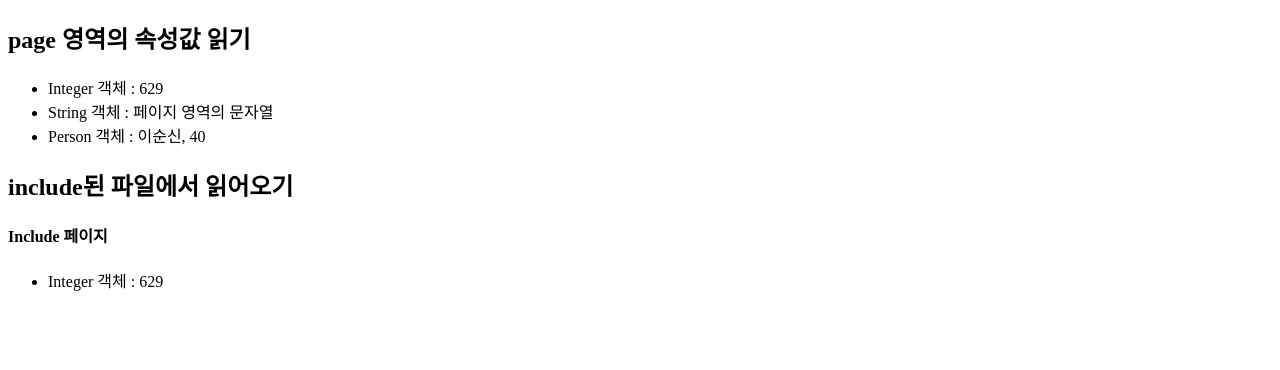
Repository: chanhee0506/spring
Page: http://localhost/ScopeWeb/pageContext/pageContextMain.jsp
The author's editor kept a copy of each file at every save. The page is drawn from the files as they stood at one save, then again after the next save.
The browser window is 1280 px wide. The pictures show the whole page.
The page is served by Tomcat 9.

Above is the page before, as saved 2023-03-30 02:43:03.

After the next save:
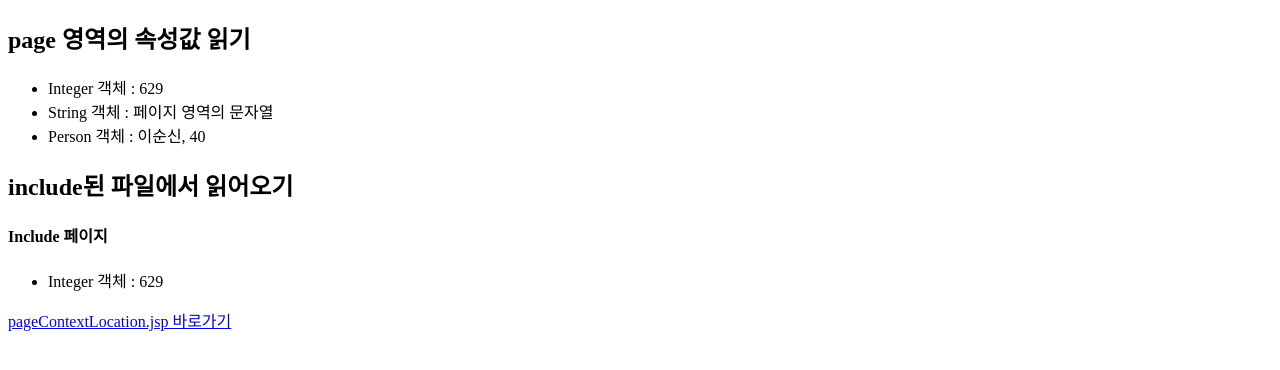
Saved 4 min 11 s later.
--- a/ScopeWeb/src/main/webapp/pageContext/pageContextMain.jsp
+++ b/ScopeWeb/src/main/webapp/pageContext/pageContextMain.jsp
@@ -31,5 +31,7 @@
 
 	<h2>include된 파일에서 읽어오기</h2>
 	<%@ include file="pageContextInclude.jsp" %>
+
+	<a href="pageContextLocation.jsp">pageContextLocation.jsp 바로가기</a>
 </body>
 </html>
